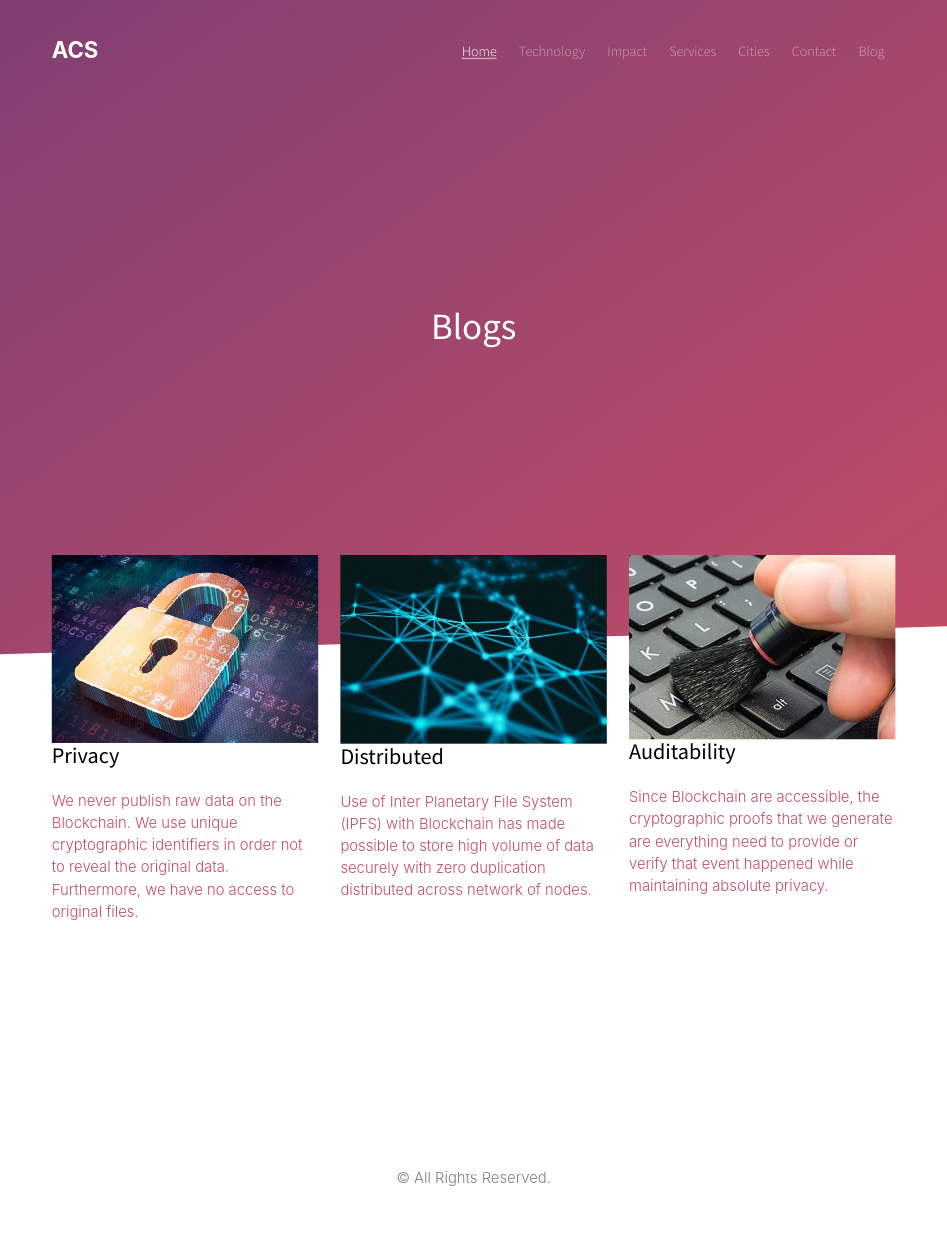
Repository: agarwalrahul-22/acs
Page: /blog
These files come from the project's save history. The page is drawn as it stood at one moment and after the next save; the edit follows.
The browser window is 1280 px wide. The pictures show the whole page, at 74% of full size.
Some web fonts or font styles are not loaded; a fallback is used. The project was rebuilt for these pictures with package versions that can differ from the ones it lists, and the page was loaded fresh each time. Also part of the build but not shown: src/components/main/LandingComponent.js, src/components/main/TechComponent.js, src/components/main/ImpactComponent.js, src/components/main/ServicesComponent.js, src/components/main/CitiesComponent.js, src/components/MainComponent.js.

Above is the page before, as saved 2022-10-10 22:02:36.

After the next save:
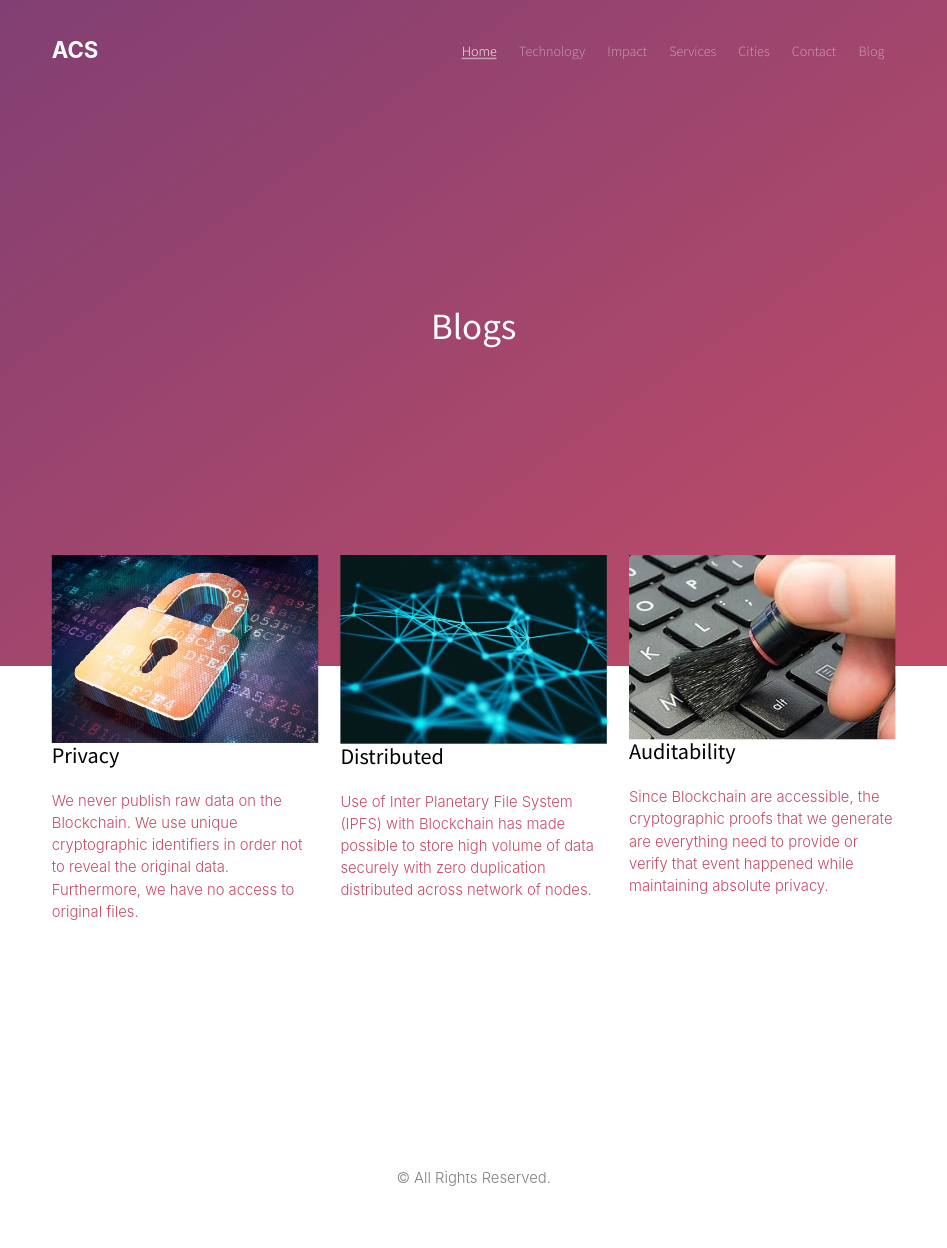
Saved 68 s later.
--- a/src/components/BlogComponent.js
+++ b/src/components/BlogComponent.js
@@ -25,7 +25,7 @@
             </div>
           </div>
         </div>
-        <div className="slant"></div>
+        {/* <div className="slant"></div> */}
       </section>
       <section id="fh5co-intro">
         <div className="container">

After the save that followed:
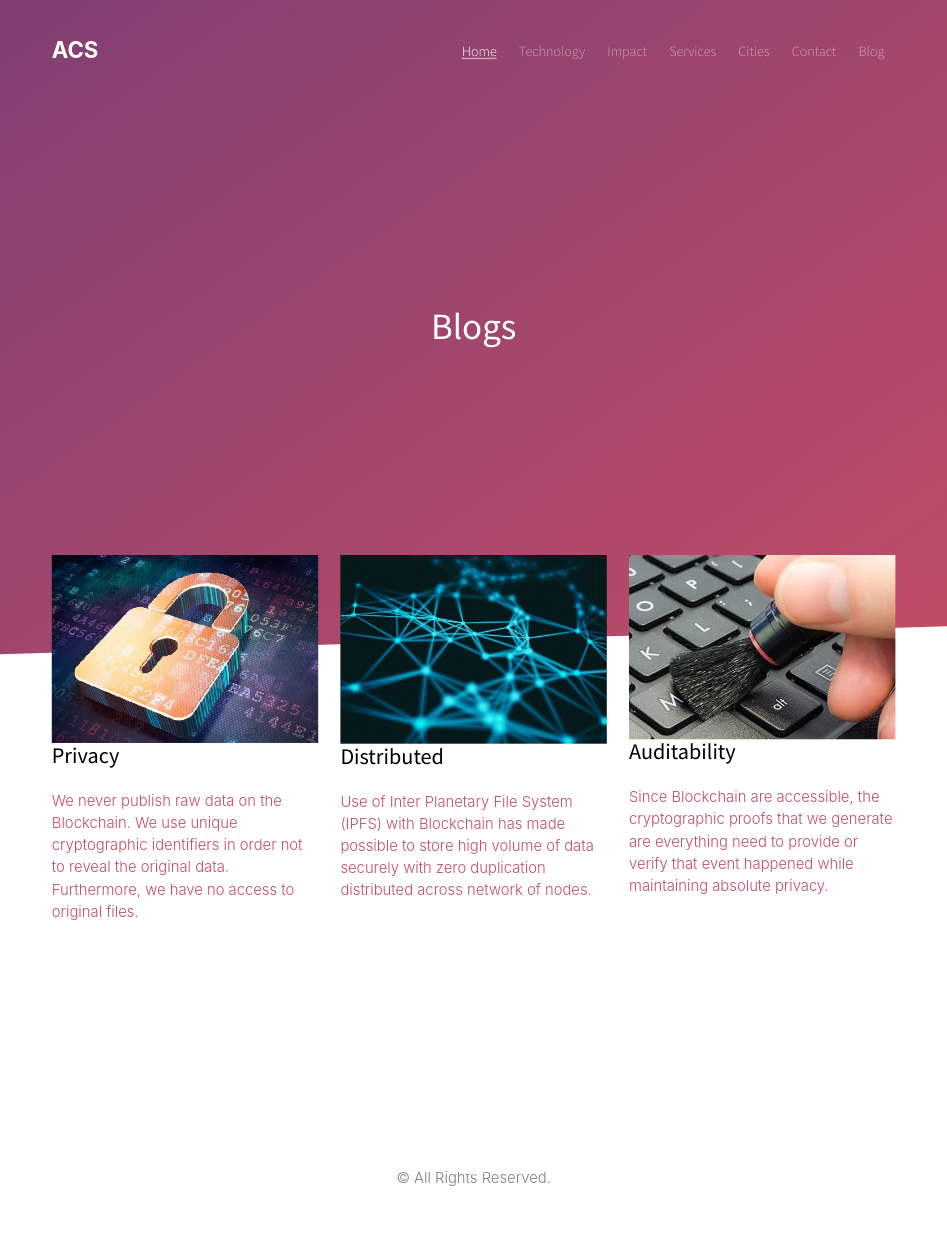
Saved 9 s later.
--- a/src/components/BlogComponent.js
+++ b/src/components/BlogComponent.js
@@ -25,7 +25,7 @@
             </div>
           </div>
         </div>
-        {/* <div className="slant"></div> */}
+        <div className="slant"></div>
       </section>
       <section id="fh5co-intro">
         <div className="container">
